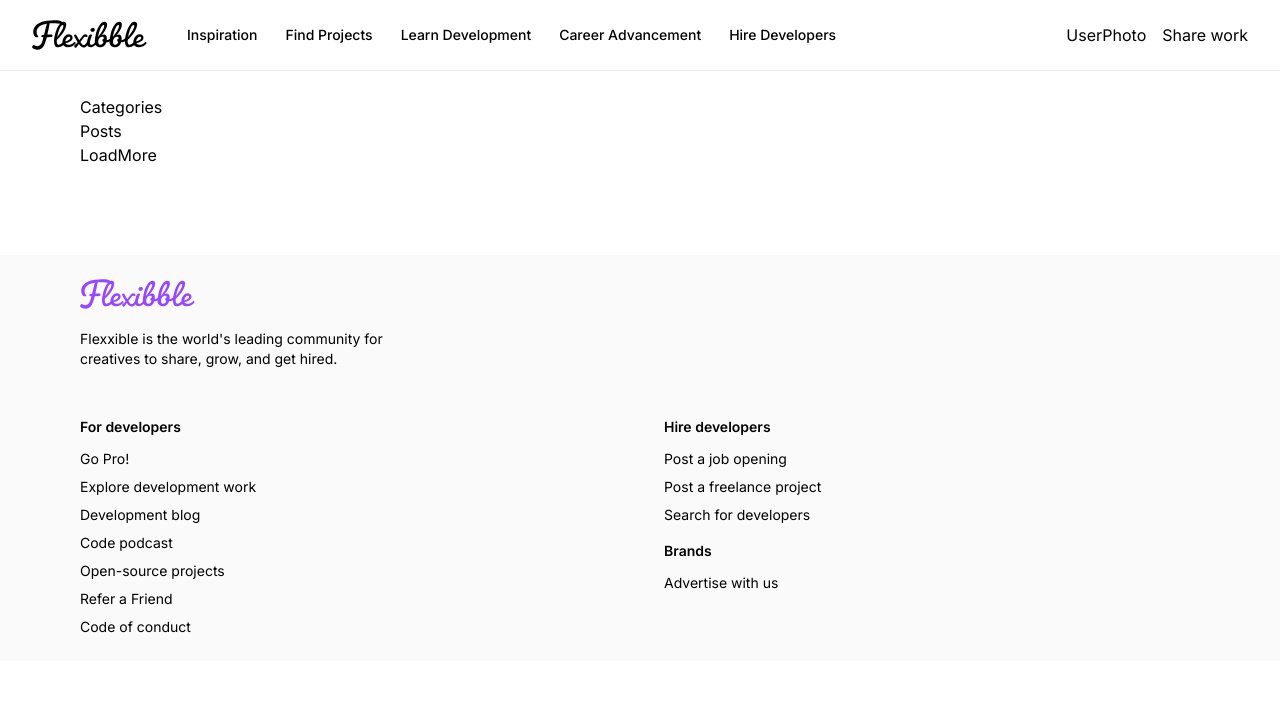
Repository: AmolPawar7181/flexibble
Page: /
These files come from the project's save history. The page is drawn as it stood at one moment and after the next save; the edit follows.
The browser window is 1280 px wide. The pictures show the whole page.
The project was rebuilt for these pictures with package versions that can differ from the ones it lists, and the page was loaded fresh each time. The framework's server and built-in components were replaced by stand-ins that run in the browser. Also part of the build but not shown: next.config.js, app/components/AuthProviders.tsx.

Above is the page before, as saved 2023-07-11 17:04:49.

### app/layout.tsx
import Footer from './components/Footer';
import Navbar from './components/Navbar';
import './globals.css';

export const metadata = {
	title: 'Flexibble',
	description: 'Showcase and discover developer projects',
};

export default function RootLayout({children}: {children: React.ReactNode}) {
	return (
		<html lang='en'>
			<body>
				<Navbar />
				<main> {children}</main>
				<Footer />
			</body>
		</html>
	);
}

### app/page.tsx
const Home = () => {
	return (
		<section className='flex-start flex-col paddings mb-16'>
			<h1>Categories</h1>
			<h1>Posts</h1>
			<h1>LoadMore</h1>
		</section>
	);
};

export default Home;

### app/components/Footer.tsx
import {footerLinks} from '@/constants';
import Image from 'next/image';
import Link from 'next/link';
import React from 'react';

type ColumnProps = {
	title: string;
	links: Array<string>;
};

const FooterColumn = ({title, links}: ColumnProps) => (
	<div className='footer_column'>
		<h4 className='font-semibold'>{title}</h4>
		<ul className='flex flex-col gap-2 font-normal'>
			{links.map((link) => (
				<Link href='/' key={link}>
					{' '}
					{link}
				</Link>
			))}
		</ul>
	</div>
);

const Footer = () => {
	return (
		<footer className='flexStart footer'>
			<div className='flex flex-col gap-12 w-full'>
				<div className='flex items-start flex-col'>
					<Image
						src='/logo-purple.svg'
						width={115}
						height={38}
						alt='Flexxible'
					/>
					<p className='text-start text-sm font-normal mt-5 max-w-xs'>
						Flexxible is the world's leading community for creatives to share,
						grow, and get hired.
					</p>
				</div>
				<div className='flex flex-wrap gap-12'>
					<FooterColumn
						title={footerLinks[0].title}
						links={footerLinks[0].links}
					/>
					<div className='flex-1 flex flex-col gap-4'>
						<FooterColumn
							title={footerLinks[1].title}
							links={footerLinks[1].links}
						/>
						<FooterColumn
							title={footerLinks[2].title}
							links={footerLinks[2].links}
						/>
					</div>
				</div>
			</div>
		</footer>
	);
};

export default Footer;

### app/components/Navbar.tsx
import Link from 'next/link';
import Image from 'next/image';
import {NavLinks} from '@/constants';
import AuthProviders from './AuthProviders';

const Navbar = () => {
	const session = {};
	return (
		<nav className='flexBetween navbar'>
			<div className='flex-1 flexStart gap-10'>
				<Link href={'/'}>
					<Image src='/logo.svg' alt='Logo' width={115} height={43} />
				</Link>
				<ul className='xl:flex hidden text-small gap-7'>
					{NavLinks.map((link) => (
						<Link href={link.href} key={link.key}>
							{link.text}
						</Link>
					))}
				</ul>
			</div>
			<div className='flexCenter gap-4'>
				{session ? (
					<>
						UserPhoto
						<Link href='/create-project'>Share work</Link>
					</>
				) : (
					<AuthProviders />
				)}
			</div>
		</nav>
	);
};

export default Navbar;

### app/globals.css
@import url('https://fonts.googleapis.com/css2?family=Inter:wght@400;500;600;700;800&display=swap');

@tailwind base;
@tailwind components;
@tailwind utilities;

* {
	margin: 0;
	padding: 0;
	box-sizing: border-box;
}

body {
	font-family: Inter;
}

.flexCenter {
	@apply flex justify-center items-center;
}

.flexBetween {
	@apply flex justify-between items-center;
}

.flexStart {
	@apply flex items-center justify-start;
}

.text-small {
	@apply text-sm font-medium;
}

.paddings {
	@apply lg:px-20 py-6 px-5;
}

::-webkit-scrollbar {
	width: 5px;
	height: 4px;
}

::-webkit-scrollbar-thumb {
	background: #888;
	border-radius: 12px;
}

.modal-head-text {
	@apply md:text-5xl text-3xl font-extrabold text-left max-w-5xl w-full;
}

.no-result-text {
	@apply w-full text-center my-10 px-2;
}

/* Project Details */
.user-actions_section {
	@apply fixed max-md:hidden flex gap-4 flex-col right-10 top-20;
}

.user-info {
	@apply flex flex-wrap whitespace-nowrap text-sm font-normal gap-2 w-full;
}

/* Home */
.projects-grid {
	@apply grid xl:grid-cols-4 md:grid-cols-3 sm:grid-cols-2 grid-cols-1 gap-10 mt-10 w-full;
}

/* Project Actions */
.edit-action_btn {
	@apply p-3 text-gray-100 bg-light-white-400 rounded-lg text-sm font-medium;
}

.delete-action_btn {
	@apply p-3 text-gray-100 hover:bg-red-600 rounded-lg text-sm font-medium;
}

/* Related Project Card */
.related_project-card {
	@apply flex-col rounded-2xl min-w-[210px] min-h-[197px];
}

.related_project-card_title {
	@apply justify-end items-end w-full h-1/3 bg-gradient-to-b from-transparent to-black/50 rounded-b-2xl gap-2 absolute bottom-0 right-0 font-semibold text-lg text-white p-4;
}

.related_projects-grid {
	@apply grid xl:grid-cols-4 md:grid-cols-3 sm:grid-cols-2 grid-cols-1 gap-8 mt-5;
}

/* Custom Menu */
.custom_menu-btn {
	@apply gap-4 w-full rounded-md bg-light-white-100 p-4 text-base outline-none capitalize;
}

.custom_menu-items {
	@apply flex-col absolute left-0 mt-2 xs:min-w-[300px] w-fit max-h-64 origin-top-right rounded-xl bg-white border border-nav-border shadow-menu overflow-y-auto;
}

.custom_menu-item {
	@apply text-left w-full px-5 py-2 text-sm hover:bg-light-white-100 self-start whitespace-nowrap capitalize;
}

/* Footer */
.footer {
	@apply flex-col paddings w-full gap-20 bg-light-white;
}

.footer_copyright {
	@apply max-sm:flex-col w-full text-sm font-normal;
}

.footer_column {
	@apply flex-1 flex flex-col gap-3 text-sm min-w-max;
}

/* Form Field */
.form_field-input {
	@apply w-full outline-0 bg-light-white-100 rounded-xl p-4;
}

/* Modal */
.modal {
	@apply fixed z-10 left-0 right-0 top-0 bottom-0 mx-auto bg-black/80;
}

.modal_wrapper {
	@apply flex justify-start items-center flex-col absolute h-[95%] w-full bottom-0 bg-white rounded-t-3xl lg:px-40 px-8 pt-14 pb-72 overflow-auto;
}

/* Navbar */
.navbar {
	@apply py-5 px-8 border-b border-nav-border gap-4;
}

/* Profile Menu */
.profile_menu-items {
	@apply flex-col absolute right-1/2 translate-x-1/2 mt-3 p-7 sm:min-w-[300px] min-w-max rounded-xl bg-white border border-nav-border shadow-menu;
}

/* Profile Card */
.profile_card-title {
	@apply justify-end items-end w-full h-1/3 bg-gradient-to-b from-transparent to-black/50 rounded-b-2xl gap-2 absolute bottom-0 right-0 font-semibold text-lg text-white p-4;
}

/* Project Form */
.form {
	@apply flex-col w-full lg:pt-24 pt-12 gap-10 text-lg max-w-5xl mx-auto;
}

.form_image-container {
	@apply w-full lg:min-h-[400px] min-h-[200px] relative;
}

.form_image-label {
	@apply z-10 text-center w-full h-full p-20 text-gray-100 border-2 border-gray-50 border-dashed;
}

.form_image-input {
	@apply absolute z-30 w-full opacity-0 h-full cursor-pointer;
}

/* Profile Projects */
.profile_projects {
	@apply grid xl:grid-cols-4 md:grid-cols-3 sm:grid-cols-2 grid-cols-1 gap-8 mt-5;
}

### constants/index.ts
export const NavLinks = [
	{href: '/', key: 'Inspiration', text: 'Inspiration'},
	{href: '/', key: 'Find Projects', text: 'Find Projects'},
	{href: '/', key: 'Learn Development', text: 'Learn Development'},
	{href: '/', key: 'Career Advancement', text: 'Career Advancement'},
	{href: '/', key: 'Hire Developers', text: 'Hire Developers'},
];

export const categoryFilters = [
	'Frontend',
	'Backend',
	'Full-Stack',
	'Mobile',
	'UI/UX',
	'Game Dev',
	'DevOps',
	'Data Science',
	'Machine Learning',
	'Cybersecurity',
	'Blockchain',
	'E-commerce',
	'Chatbots',
];

export const footerLinks = [
	{
		title: 'For developers',
		links: [
			'Go Pro!',
			'Explore development work',
			'Development blog',
			'Code podcast',
			'Open-source projects',
			'Refer a Friend',
			'Code of conduct',
		],
	},
	{
		title: 'Hire developers',
		links: [
			'Post a job opening',
			'Post a freelance project',
			'Search for developers',
		],
	},
	{
		title: 'Brands',
		links: ['Advertise with us'],
	},
	{
		title: 'Company',
		links: [
			'About',
			'Careers',
			'Support',
			'Media kit',
			'Testimonials',
			'API',
			'Terms of service',
			'Privacy policy',
			'Cookie policy',
		],
	},
	{
		title: 'Directories',
		links: [
			'Development jobs',
			'Developers for hire',
			'Freelance developers for hire',
			'Tags',
			'Places',
		],
	},
	{
		title: 'Development assets',
		links: [
			'Code Marketplace',
			'GitHub Marketplace',
			'NPM Registry',
			'Packagephobia',
		],
	},
	{
		title: 'Development Resources',
		links: [
			'Freelancing',
			'Development Hiring',
			'Development Portfolio',
			'Development Education',
			'Creative Process',
			'Development Industry Trends',
		],
	},
];

### tailwind.config.js
/** @type {import('tailwindcss').Config} */
module.exports = {
	content: [
		'./pages/**/*.{js,ts,jsx,tsx,mdx}',
		'./components/**/*.{js,ts,jsx,tsx,mdx}',
		'./app/**/*.{js,ts,jsx,tsx,mdx}',
	],
	theme: {
		extend: {
			colors: {
				'nav-border': '#EBEAEA',
				'light-white': '#FAFAFB',
				'light-white-100': '#F1F4F5',
				'light-white-200': '#d7d7d7',
				'light-white-300': '#F3F3F4',
				'light-white-400': '#E2E5F1',
				'light-white-500': '#E4E4E4',
				gray: '#4D4A4A',
				'gray-100': '#3d3d4e',
				'black-100': '#252525',
				'primary-purple': '#9747FF',
				'gray-50': '#D9D9D9',
			},
			boxShadow: {
				menu: '0px 159px 95px rgba(13,12,34,0.01), 0px 71px 71px rgba(13,12,34,0.02), 0px 18px 39px rgba(13,12,34,0.02), 0px 0px 0px rgba(13,12,34,0.02)',
			},
			screens: {
				xs: '400px',
			},
			maxWidth: {
				'10xl': '1680px',
			},
		},
	},
	plugins: [],
};

After the next save:
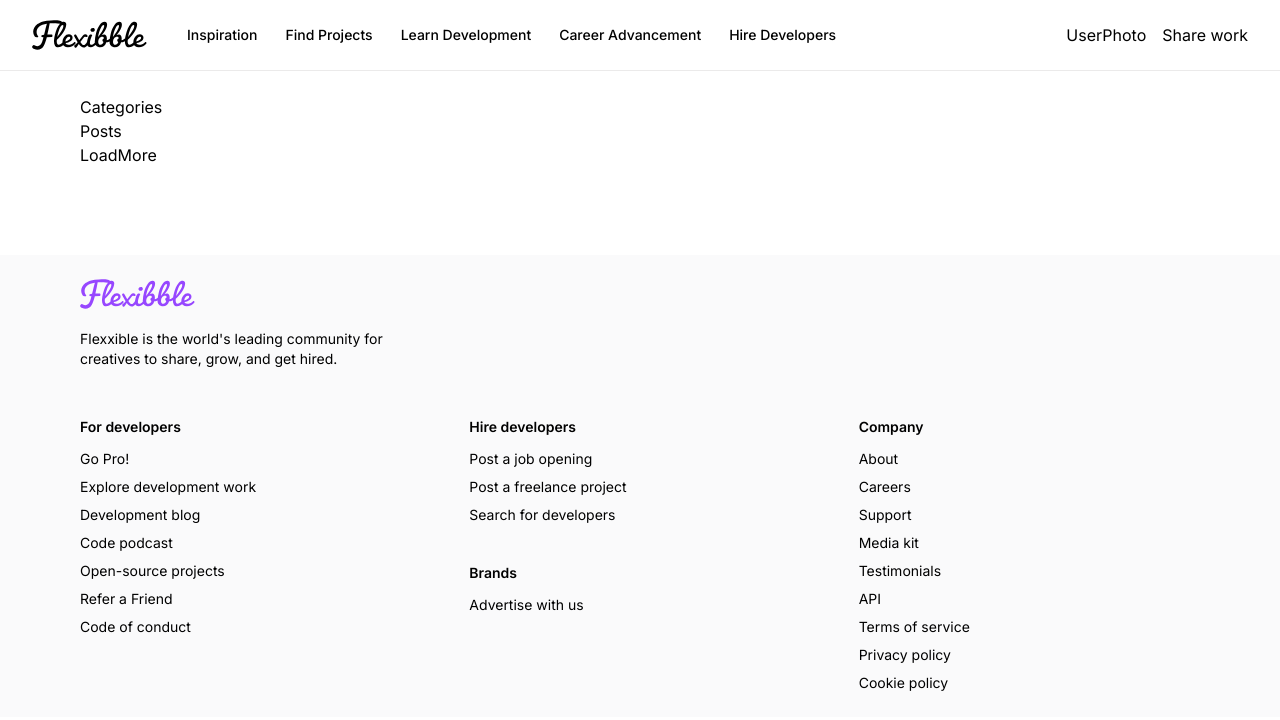
Saved 18 s later.
--- a/app/components/Footer.tsx
+++ b/app/components/Footer.tsx
@@ -53,6 +53,10 @@ const Footer = () => {
 							links={footerLinks[2].links}
 						/>
 					</div>
+					<FooterColumn
+						title={footerLinks[3].title}
+						links={footerLinks[3].links}
+					/>
 				</div>
 			</div>
 		</footer>
